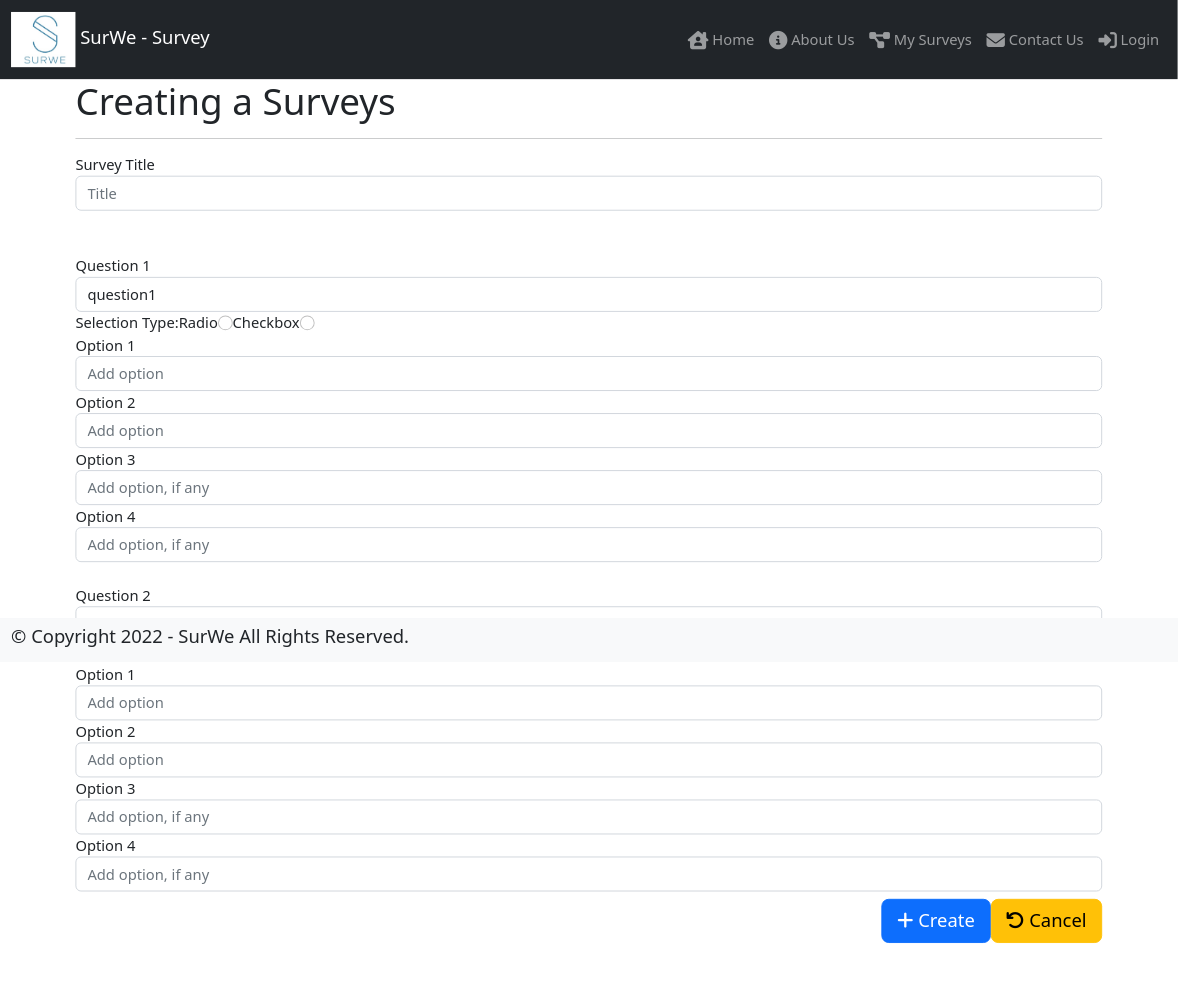
Repository: ryanchandata/comp229-m2022-group6-frontend
Page: /add
The author's editor kept a copy of each file at every save. The page is drawn from the files as they stood at one save, then again after a run of saves.
The browser window is 1280 px wide. The pictures show the whole page, at 92% of full size.
The project was rebuilt for these pictures with package versions that can differ from the ones it lists, and the page was loaded fresh each time. Also part of the build but not shown: src/content/home.tsx, src/content/about.tsx, src/content/contact.tsx, src/survey-list/landing.tsx, src/survey-list/edit.tsx, src/content/PageNotFound.tsx, src/authentication/login.tsx, src/authentication/logout.tsx and 1 more.

Above is the page before, as saved 2022-07-29 21:45:42.

### public/index.html
<!DOCTYPE html>
<html lang="en">
  <head>
    <meta charset="utf-8" />
    <link rel="icon" href="%PUBLIC_URL%/favicon.ico" />
    <meta name="viewport" content="width=device-width, initial-scale=1" />
    <meta name="theme-color" content="#000000" />
    <meta
      name="description"
      content="Web site created using create-react-app"
    />
    <link rel="apple-touch-icon" href="%PUBLIC_URL%/logo192.png" />
    <!--
      manifest.json provides metadata used when your web app is installed on a
      user's mobile device or desktop. See https://developers.google.com/web/fundamentals/web-app-manifest/
    -->
    <link rel="manifest" href="%PUBLIC_URL%/manifest.json" />
    <!--
      Notice the use of %PUBLIC_URL% in the tags above.
      It will be replaced with the URL of the `public` folder during the build.
      Only files inside the `public` folder can be referenced from the HTML.

      Unlike "/favicon.ico" or "favicon.ico", "%PUBLIC_URL%/favicon.ico" will
      work correctly both with client-side routing and a non-root public URL.
      Learn how to configure a non-root public URL by running `npm run build`.
    -->
    <title>COMP 229</title>
  </head>
  <body>
    <noscript>You need to enable JavaScript to run this app.</noscript>
    <div id="root"></div>
    <!--
      This HTML file is a template.
      If you open it directly in the browser, you will see an empty page.

      You can add webfonts, meta tags, or analytics to this file.
      The build step will place the bundled scripts into the <body> tag.

      To begin the development, run `npm start` or `yarn start`.
      To create a production bundle, use `npm run build` or `yarn build`.
    -->
  </body>
</html>

### src/App.tsx
import { BrowserRouter, Route, Routes } from 'react-router-dom';

// Common Components
import Header from './components/header';
import Footer from './components/footer';

// Content Components
import Home from './content/home';
import About from './content/about';
import Contact from './content/contact';
import Survey from './survey-list/landing';
import Add from './survey-list/add';
import Edit from './survey-list/edit';
import PageNotFound from './content/PageNotFound';

// Authentication Components
import Login from './authentication/login';
import Logout from './authentication/logout';
import Register from './authentication/register';

// Styles and Fonts
import 'bootstrap/dist/css/bootstrap.min.css';
import '@fortawesome/fontawesome-free/css/all.min.css';
import './App.css';

function App() {

  return (
    <div className="App">
      <BrowserRouter>
        <Header></Header>

        {/* Client-Side Routing */}
        <Routes>
          <Route path="/" element={<Home />} />
          <Route path="/home" element={<Home />} />
          <Route path="/about" element={<About />} />
          <Route path="/contact" element={<Contact />} />
          <Route path="/survey" element={<Survey />} />
          <Route path="/add" element={<Add />} />
          <Route path="/edit" element={<Edit />} />
          <Route path="*" element={<PageNotFound />} />
          <Route path="/login" element={<Login />} />
          <Route path="/logout" element={<Logout />} />
          <Route path="/register" element={<Register />} />
        </Routes>

        <Footer></Footer>
      </BrowserRouter>
    </div>
  );
}

export default App;

### src/components/header.tsx
import React, { useEffect, useState } from 'react';
import { NavLink } from 'react-router-dom';
import logo from './team_logo.jpg';
import AuthService from '../services/auth-service';

console.log(logo);

function Header()
{
  const [ isLoggedIn, setIsLoggedIn ] = useState(false);

  useEffect(()=>{
    setIsLoggedIn(AuthService.getCurrentUser());
  }, []);

  function toggleLogin()
  {
    if(isLoggedIn)
    {
      return(
        <li className='nav-item'>
          <NavLink to={"/logout"} className='nav-link' aria-current="page"><i className="fa-solid fa-right-from-bracket fa-lg"></i> Logout</NavLink>
        </li>
      );
    }
    else
    {
      return(
        <li className="nav-item">
            <NavLink to={"/login"} className="nav-link" aria-current="page" ><i className="fa-solid fa-right-to-bracket fa-lg"></i> Login</NavLink>
          </li>
      );
    }
  }


    return (
        <nav className="navbar navbar-expand-lg navbar-dark bg-dark">
    <div className="container-fluid">
      <NavLink to={"/"} className="navbar-brand"><img src={logo} alt="Logo" height={60} width={70} /> SurWe - Survey</NavLink>
      <button className="navbar-toggler" type="button" data-bs-toggle="collapse" data-bs-target="#navbarSupportedContent" aria-controls="navbarSupportedContent" aria-expanded="false" aria-label="Toggle navigation">
        <span className="navbar-toggler-icon"></span>
      </button>
      <div className="collapse navbar-collapse" id="navbarSupportedContent">
        <ul className="navbar-nav ms-auto mb-2 mb-lg-0">
          <li className="nav-item">
            <NavLink to={"/home"} className="nav-link" aria-current="page"><i className="fa-solid fa-house-chimney-user fa-lg"></i> Home</NavLink>
          </li>
          <li className="nav-item">
            <NavLink to={"/about"} className="nav-link" aria-current="page"><i className="fa-solid fa-circle-info fa-lg"></i> About Us</NavLink>
          </li>
          <li className="nav-item">
            <NavLink to={"/survey"} className="nav-link" aria-current="page"><i className="fa-solid fa-diagram-project fa-lg"></i> My Surveys</NavLink>
          </li>
          <li className="nav-item">
            <NavLink to={"/contact"} className="nav-link" aria-current="page"><i className="fa-solid fa-envelope fa-lg"></i> Contact Us</NavLink>
          </li>

          { toggleLogin() }

        </ul>
      </div>
    </div>
  </nav>
    )
}

export default Header;

### src/components/footer.tsx
import React from 'react';

// Footer Component
function Footer()
{
    function getDate(): number
    {
      let date = new Date();
      return date.getFullYear();
    }
    return(
        <nav className="navbar fixed-bottom bg-light">
          <div className="container-fluid">
          <h5 id="copyright">&copy; Copyright { getDate()} - SurWe All Rights Reserved.</h5>
         </div>
        </nav>
    );
}

export default Footer;

### src/survey-list/add.tsx
import React, { ChangeEvent, useEffect, useState } from 'react';
import { Link, useNavigate } from 'react-router-dom';
import SurveyService from '../services/survey-service';
import SurveyModel from '../models/Survey';

function Add()
{
    const [ name, setName ] = useState('');
    // const [ responses, setResponses ] = useState('');
    const [ title, setTitle ] = useState('');
    const [ optionType, setOptionType ] = useState('');
    const [ details, setDetails ] = useState('');
    const navigate = useNavigate(); // alias

    useEffect(()=>{
        document.title = "Creating Surveys";
    });

    function handleCreate(event: any)
    {
        event.preventDefault();

        const questionsTitles = [questions.question1, questions.question2]
        const optionDetails = [options1, options2, options3, options4][options5, options6, options7, options8]
        const optionType = [optionType1, optionType2]
        const optionsArray = []
        const questionsArray = []

        for (let i = 0; i < questionsTitles.length; i++)
        {
            for (let j = 0; j < 4; j++)
            {
                optionsArray.push({
                    details: optionDetails[i][j]
                })
            }
            questionsArray.push({
                title: questionsTitles[i],
                optionType: optionType[i],
                options: optionsArray
            })
        }

        const SurveyData: SurveyModel =
        {
            name: name,
            response: responses,
            questions: questionsArray
        }

        SurveyService.add(SurveyData.name, SurveyData.responses, SurveyData.title, SurveyData.optionType, SurveyData.details)
        .then(() =>{
            navigate('/add');
        }, error =>{
            // TODO: Needs Flash Messaging
            window.location.reload();
        });
    }

    function onChangeName(event: ChangeEvent<HTMLInputElement>)
    {
        setName(event.target.value);
    }

    function onChangeTitle(event: ChangeEvent<HTMLInputElement>)
    {
        setTitle(event.target.value);
    }

    function onChangeOptionType(event: ChangeEvent<HTMLInputElement>)
    {
        setOptionType(event.target.value);
    }

    function onChangeDetails(event: ChangeEvent<HTMLInputElement>)
    {
        setDetails(event.target.value);
    }

    return(
        <div className="container">
            <h1>Creating a Surveys</h1>
            <hr />
            <form onSubmit = { handleCreate } className="form" method="post">
                <div className="form-group">
                    <label htmlFor="title">Survey Title</label>
                    <input type="text" className="form-control" placeholder="Title" id="name" name="name" value = { name } onChange = { onChangeName }  required></input><br /><br />
                    <label htmlFor="name">Question 1</label>
                    <input type="text" className="form-control" placeholder="What is your survey question?" id="question1" value ="question1" onChange = { onChangeTitle } required></input>
                    <label htmlFor="optionType">Selection Type:</label>
                    <label htmlFor="optionType">Radio
                    <input type="radio" className="form-check-input" id="optionType1" name="optionType1" value="radio" onChange = { onChangeOptionType } required></input>
                    </label>
                    <label htmlFor="optionType">Checkbox
                    <input type="radio" className="form-check-input" id="optionType1" name="optionType1" value="checkbox" onChange = { onChangeOptionType } required></input>
                    </label><br />
                    <label htmlFor="option1">Option 1</label>
                    <input type="text" className="form-control" placeholder="Add option" id="options1" name="options1" value = { details } onChange = { onChangeDetails } required></input>
                    <label htmlFor="option2">Option 2</label>
                    <input type="text" className="form-control" placeholder="Add option" id="options2" name="options2" value = { details } onChange = { onChangeDetails } required></input>
                    <label htmlFor="option3">Option 3</label>
                    <input type="text" className="form-control" placeholder="Add option, if any" id="options3" name="options3" value = { details } onChange = { onChangeDetails } ></input>
                    <label htmlFor="option4">Option 4</label>
                    <input type="text" className="form-control" placeholder="Add option, if any" id="options4" name="options4" value = { details } onChange = { onChangeDetails } ></input>
                <br></br>
                <label htmlFor="name">Question 2</label>
                    <input type="text" className="form-control" placeholder="What is your survey question?" id="question1" value ="question2" onChange = { onChangeTitle } required></input>
                    <label htmlFor="optionType">Selection Type:</label>
                    <label htmlFor="optionType">Radio
                    <input type="radio" className="form-check-input" id="optionType1" name="optionType1" value="radio" onChange = { onChangeOptionType } required></input>
                    </label>
                    <label htmlFor="optionType">Checkbox
                    <input type="radio" className="form-check-input" id="optionType1" name="optionType1" value="checkbox" onChange = { onChangeOptionType } required></input>
                    </label><br />
                    <label htmlFor="option1">Option 1</label>
                    <input type="text" className="form-control" placeholder="Add option" id="options1" name="options5" value = { details } onChange = { onChangeDetails } required></input>
                    <label htmlFor="option2">Option 2</label>
                    <input type="text" className="form-control" placeholder="Add option" id="options2" name="options6" value = { details } onChange = { onChangeDetails } required></input>
                    <label htmlFor="option3">Option 3</label>
                    <input type="text" className="form-control" placeholder="Add option, if any" id="options3" name="options7" value = { details } onChange = { onChangeDetails } ></input>
                    <label htmlFor="option4">Option 4</label>
                    <input type="text" className="form-control" placeholder="Add option, if any" id="options4" name="options8" value = { details } onChange = { onChangeDetails } ></input>
                </div>

                <div className="text-end mt-2">
                        <button id="submitButton" type="submit" className="btn btn-primary btn-lg"><i className="fa-solid fa-plus"></i> Create</button>
                        <Link to= {"/home"} className="link"><button id="cancelButton" type="reset" className="btn btn-warning btn-lg">
                            <i className="fas fa-undo"></i> Cancel</button></Link>
                        </div>
            </form>
        </div>
    );
}

export default Add;

### src/App.css
/* Custom CSS goes here */
body {
    padding-bottom: 70px;
  }

  .input-group-addon:first-child
  {
      border-right: 0;
  }

  .input-group-addon
  {
      padding: 6px 12px;
      font-size: 14px;
      font-weight: 400;
      line-height: 1;
      text-align: center;
      border: 1px solid darkgrey;
      border-radius: 4px;
  }

  .input-group-addon .fa
  {
      font-size: 18px;
  }

  .input-group .form-control
  {
      position:relative;
      z-index: 2;
      float:left;
      margin-bottom: 0;
  }

  .input-group .form-control:last-child
  {
      border-top-left-radius: 0;
      border-bottom-left-radius: 0;
  }



  .login
  {
      padding: 2rem 1rem;
      margin-bottom: 2rem;
      background-color: lightgrey;
      border-radius: .3rem;
  }

  .login input
  {
      background-color: white;
      border-color: darkgrey;
      border-radius: .4em;
      width: 100%;
  }

  .edit-task
  {
      position: relative;
      top: -31px;
      display: none;
  }

  .nav {
      background-color: #ffffff;
      color: #000000;
      list-style: none;
      text-align: right;
      padding: 20px 0 20px;
  }

  .nav > li {
      margin-left: 100px;
      padding: 12px 0 0 5px;
      font-size: 12px;
  }

  .nav > li > a {
      text-decoration: none;
      color: #000000;
  }

  .coname {
      color: #000000;
      float: left;
      padding-left: 25px;
      font-size: 16px;
      font-weight: bold;
  }

### src/services/auth-service.tsx
import http from '../components/http-common';

class AuthService
{
    public login(username: string, password: string)
    {
        return http.post('/login', {username, password})
        .then(response => {
            if(response.data.token)
            {
                localStorage.setItem("user", JSON.stringify(response.data));
            }
            return response.data;
        });
    }

    public logout()
    {
        localStorage.removeItem("user");
    }

    public register(username: string, password: string, firstName: string, lastName: string, emailAddress: string)
    {
        return http.post('register', { username, password, firstName, lastName, emailAddress });
    }

    getCurrentUser()
    {
        const userString = localStorage.getItem("survey") as string;
        if (userString)
        {
            return JSON.parse(userString);
        }
        return false;
    }
}

export default new AuthService();

### src/services/survey-service.tsx
import http from '../components/http-common';

class SurveyService
{
    public add(name: string, responses: Number, title: string, optionType: string, details: string)
    {
        return http.post('add', { name, responses, title, optionType, details });
    }

    getExistingSurvey()
    {
        const surveyString = localStorage.getItem("survey") as string;
        if (surveyString)
        {
            return JSON.parse(surveyString);
        }
        return false;
    }

}

export default new SurveyService();

### src/components/http-common.tsx
import axios from 'axios';
export default axios.create({
    baseURL: "https://comp229-m2022-group6-backend.herokuapp.com/api",
    // baseURL: "http://localhost:3500/api"
    headers: {
        "Content-type": "application/json"
    }
});

Loaded but not shown: src/index.tsx (common file); src/index.css (common file); src/reportWebVitals.ts (common file)

After the next 5 saves:
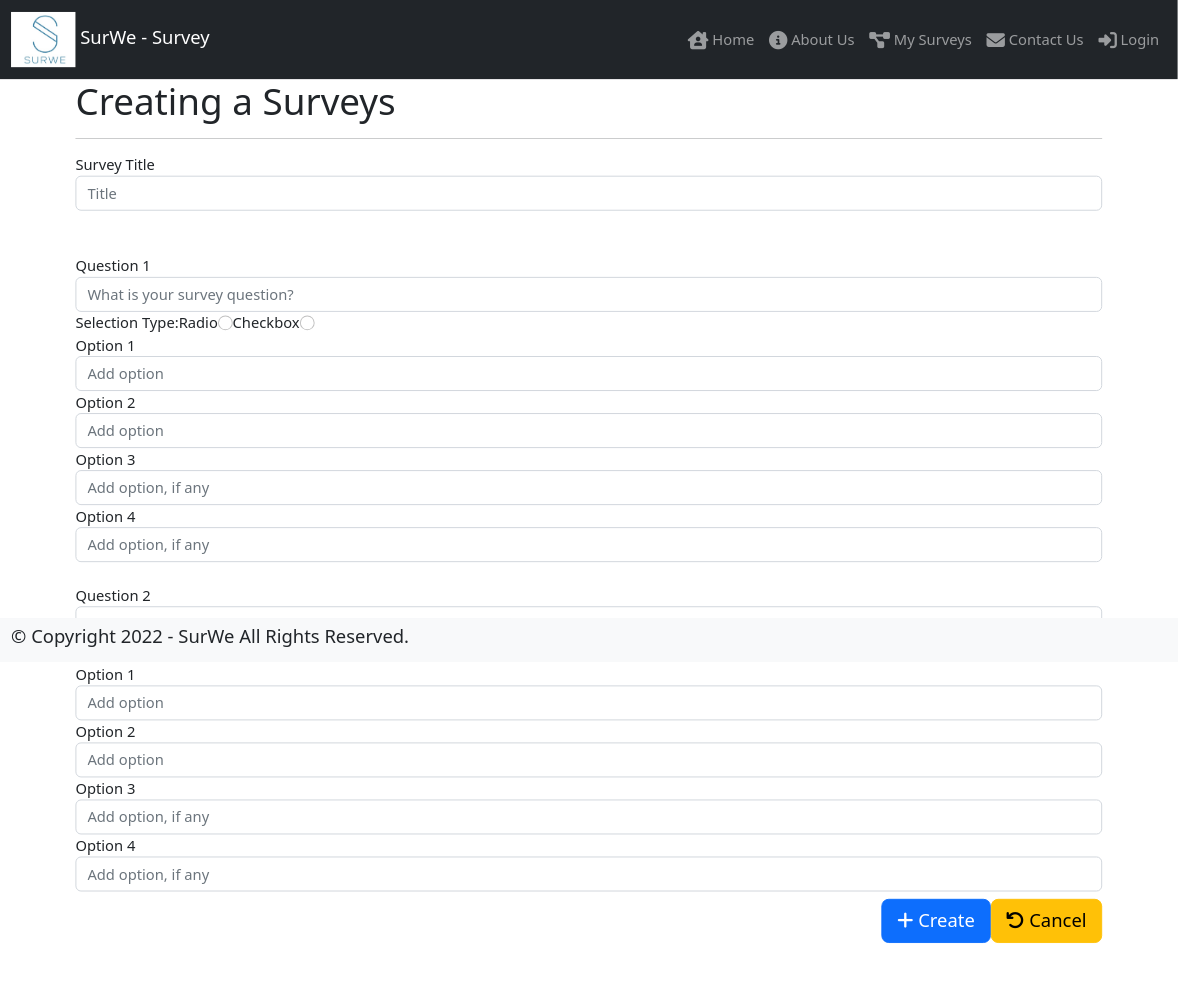
The 5 saves are shown as one change because 4 did not build or start.
The last was saved 16 min 58 s later.
--- a/src/survey-list/add.tsx
+++ b/src/survey-list/add.tsx
@@ -20,35 +20,14 @@ function Add()
     {
         event.preventDefault();
 
-        const questionsTitles = [questions.question1, questions.question2]
-        const optionDetails = [options1, options2, options3, options4][options5, options6, options7, options8]
-        const optionType = [optionType1, optionType2]
-        const optionsArray = []
-        const questionsArray = []
-
-        for (let i = 0; i < questionsTitles.length; i++)
-        {
-            for (let j = 0; j < 4; j++)
-            {
-                optionsArray.push({
-                    details: optionDetails[i][j]
-                })
-            }
-            questionsArray.push({
-                title: questionsTitles[i],
-                optionType: optionType[i],
-                options: optionsArray
-            })
-        }
-
         const SurveyData: SurveyModel =
         {
             name: name,
-            response: responses,
-            questions: questionsArray
+            responses: responses.type,
+            questions: questionsArray,
         }
 
-        SurveyService.add(SurveyData.name, SurveyData.responses, SurveyData.title, SurveyData.optionType, SurveyData.details)
+        SurveyService.add(SurveyData.name, SurveyData.responses.type, SurveyData.questions.title, SurveyData.questions.optionType, SurveyData.questions.options.details)
         .then(() =>{
             navigate('/add');
         }, error =>{
@@ -86,7 +65,7 @@ function Add()
                     <label htmlFor="title">Survey Title</label>
                     <input type="text" className="form-control" placeholder="Title" id="name" name="name" value = { name } onChange = { onChangeName }  required></input><br /><br />
                     <label htmlFor="name">Question 1</label>
-                    <input type="text" className="form-control" placeholder="What is your survey question?" id="question1" value ="question1" onChange = { onChangeTitle } required></input>
+                    <input type="text" className="form-control" placeholder="What is your survey question?" id="question1" value = { title } onChange = { onChangeTitle } required></input>
                     <label htmlFor="optionType">Selection Type:</label>
                     <label htmlFor="optionType">Radio
                     <input type="radio" className="form-check-input" id="optionType1" name="optionType1" value="radio" onChange = { onChangeOptionType } required></input>
@@ -104,7 +83,7 @@ function Add()
                     <input type="text" className="form-control" placeholder="Add option, if any" id="options4" name="options4" value = { details } onChange = { onChangeDetails } ></input>
                 <br></br>
                 <label htmlFor="name">Question 2</label>
-                    <input type="text" className="form-control" placeholder="What is your survey question?" id="question1" value ="question2" onChange = { onChangeTitle } required></input>
+                    <input type="text" className="form-control" placeholder="What is your survey question?" id="question2" value = { title } onChange = { onChangeTitle } required></input>
                     <label htmlFor="optionType">Selection Type:</label>
                     <label htmlFor="optionType">Radio
                     <input type="radio" className="form-check-input" id="optionType1" name="optionType1" value="radio" onChange = { onChangeOptionType } required></input>
